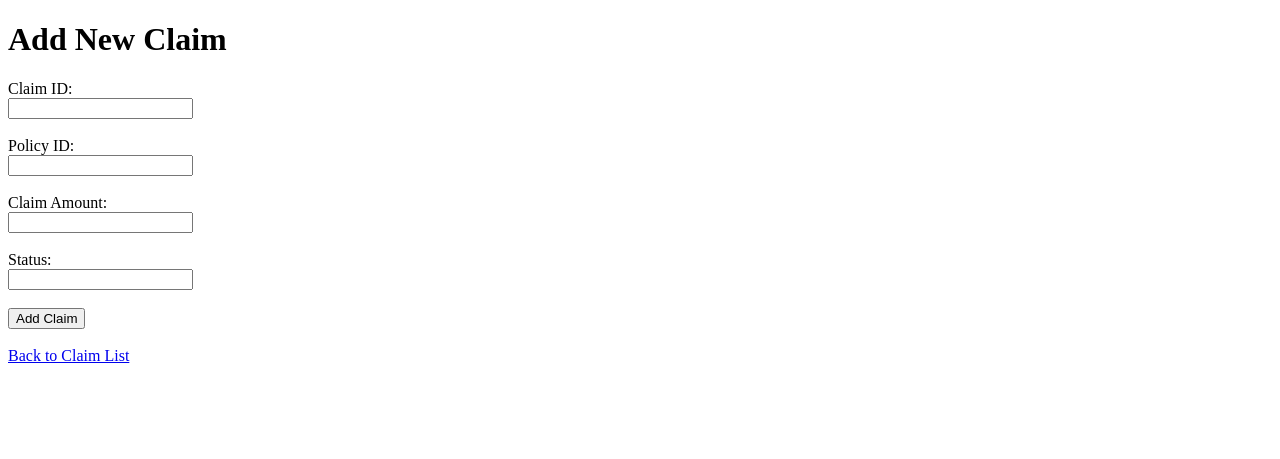
Repository: official1-srv-modak/j2ee-assignment-1
Page: InsuranceBrokerManagementSystem/src/main/webapp/addClaim.html
The author's editor kept a copy of each file at every save. The page is drawn from the files as they stood at one save, then again after the next save.
The browser window is 1280 px wide. The pictures show the whole page.

Above is the page before, as saved 2024-09-30 03:15:09.

### InsuranceBrokerManagementSystem/src/main/webapp/addClaim.html
<!DOCTYPE html>
<html lang="en">
<head>
    <meta charset="UTF-8">
    <meta name="viewport" content="width=device-width, initial-scale=1.0">
    <title>Add New Claim</title>
</head>
<body>
    <h1>Add New Claim</h1>
    <form action="claims" method="post">
        <label for="id">Claim ID:</label><br>
        <input type="text" id="id" name="id" required><br><br>

        <label for="policyId">Policy ID:</label><br>
        <input type="text" id="policyId" name="policyId" required><br><br>

        <label for="claimAmount">Claim Amount:</label><br>
        <input type="number" id="claimAmount" name="claimAmount" required><br><br>

        <label for="status">Status:</label><br>
        <input type="text" id="status" name="status" required><br><br>

        <input type="submit" value="Add Claim">
    </form>
    <br>
    <a href="claims">Back to Claim List</a> <!-- Link to go back to the claim list -->
</body>
</html>

After the next save:
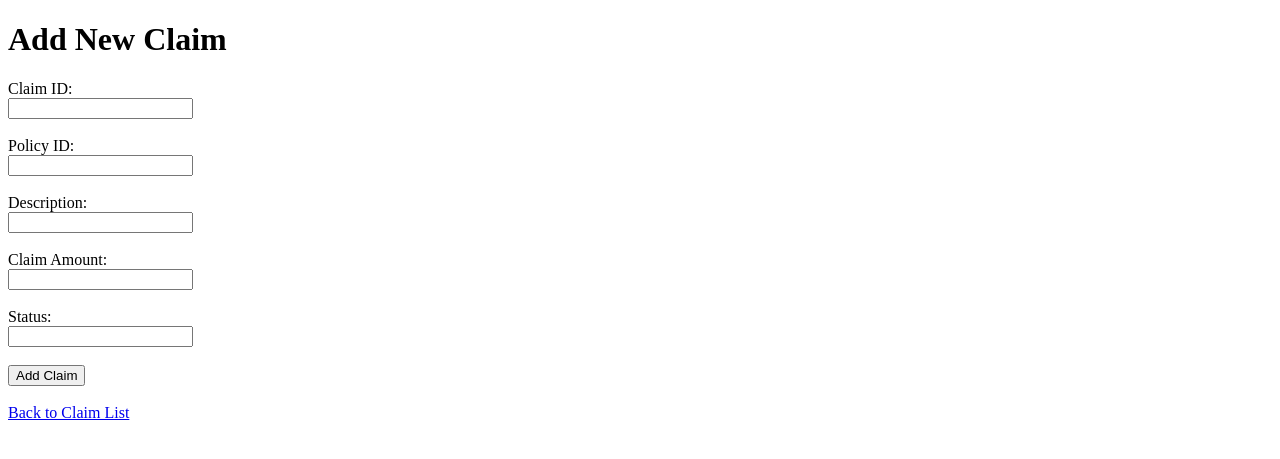
Saved 2 min 16 s later.
--- a/InsuranceBrokerManagementSystem/src/main/webapp/addClaim.html
+++ b/InsuranceBrokerManagementSystem/src/main/webapp/addClaim.html
@@ -14,8 +14,11 @@
         <label for="policyId">Policy ID:</label><br>
         <input type="text" id="policyId" name="policyId" required><br><br>
 
-        <label for="claimAmount">Claim Amount:</label><br>
-        <input type="number" id="claimAmount" name="claimAmount" required><br><br>
+        <label for="description">Description:</label><br>
+        <input type="text" id="description" name="description" required><br><br>
+
+        <label for="amount">Claim Amount:</label><br>
+        <input type="number" id="amount" name="amount" required step="0.01"><br><br>
 
         <label for="status">Status:</label><br>
         <input type="text" id="status" name="status" required><br><br>
